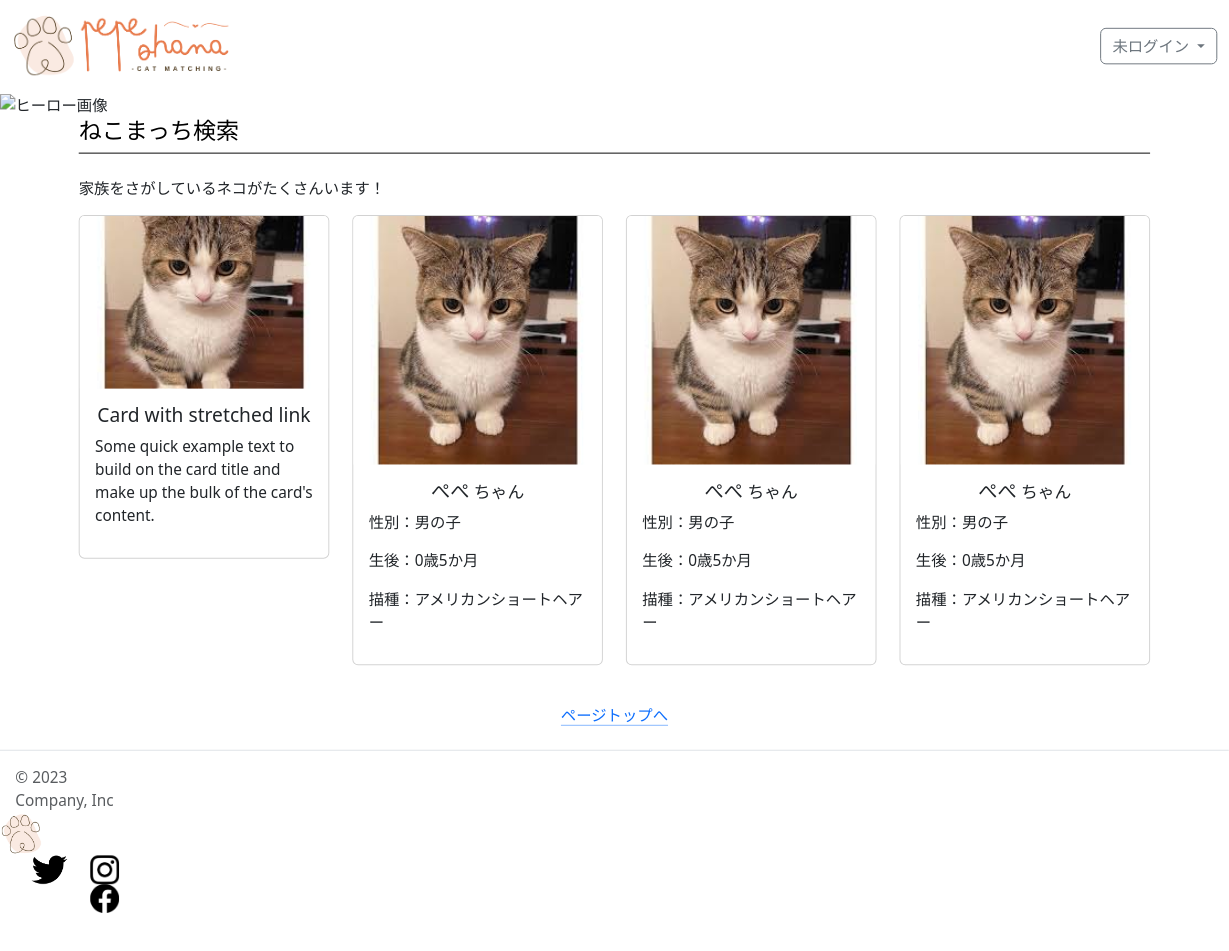
Repository: sakuwell/pepe
Page: http://localhost/PepeOhana/top.jsp
An editor plug-in stored every save of this project. The page is shown before and after the next save, followed by the edit.
The browser window is 1280 px wide. The pictures show the whole page, at 96% of full size.
The page is served by Tomcat 9.

Above is the page before, as saved 2023-09-06 01:50:40.

After the next save:
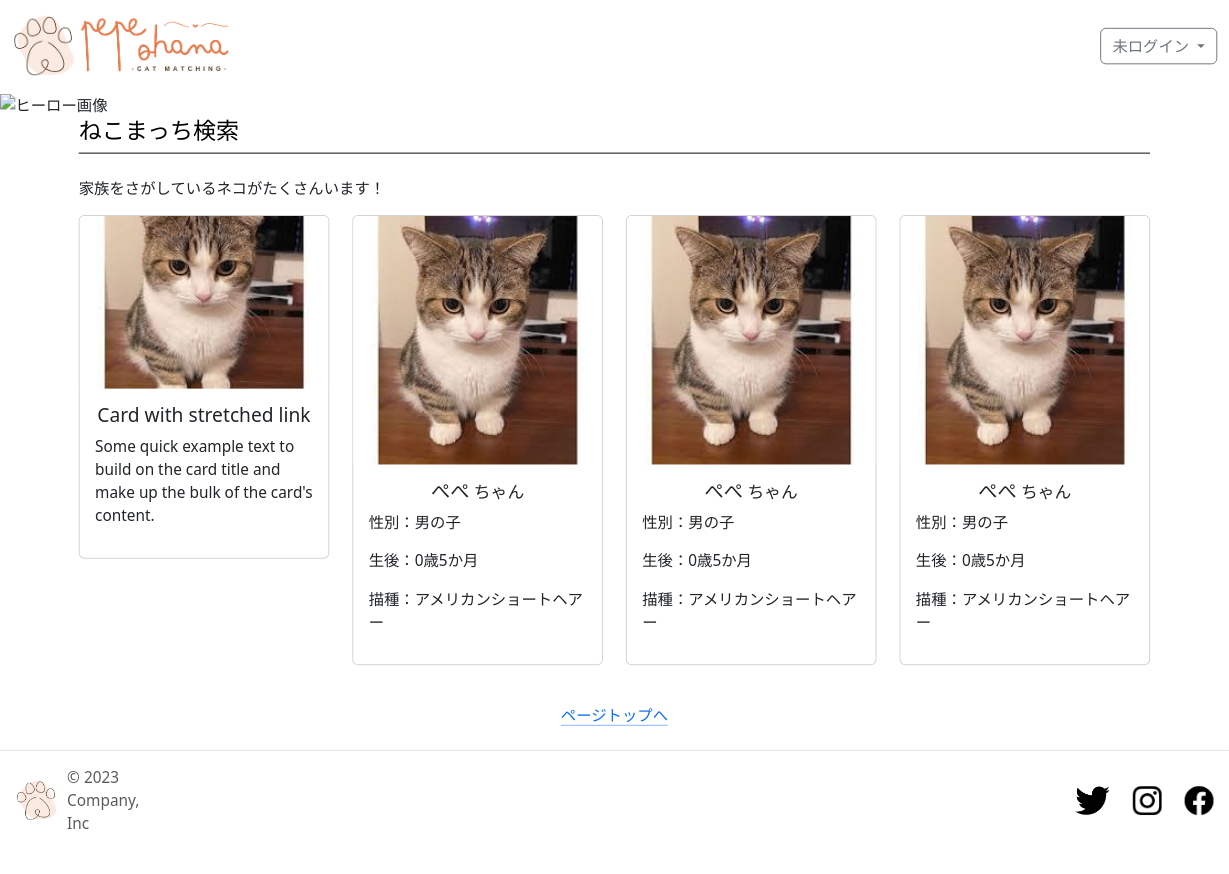
Saved 3 min 46 s later.
--- a/ExWorkSpace/PepeOhana/src/main/webapp/top.jsp
+++ b/ExWorkSpace/PepeOhana/src/main/webapp/top.jsp
@@ -155,10 +155,9 @@
     <footer class="d-flex flex-wrap justify-content-between align-items-center py-3 my-4 border-top">
         <div class="row">
 	        <div class="col-md-4 d-flex align-items-center ms-3">
+	        	<a href="#" class="mb-3 me-2 mb-md-0"><img alt="ロゴ画像" src="images/nikukyu_logo.png" width="auto" height="45"></a>
 	          	<span class="mb-3 mb-md-0 text-body-secondary">© 2023 Company, Inc</span>
 	        </div>
-	        <div class="col-md-4>
-	        	<a href="#"><img alt="ロゴ画像" src="images/nikukyu_logo.png" width="auto" height="45"></a>
 	   		</div>
 	        <ul class="nav col-12 col-md-4 justify-content-end list-unstyled d-flex me-3">
 	            <li><a href="#"><img src=images/twitter_logo.png width="auto" height="30"></a></li>
